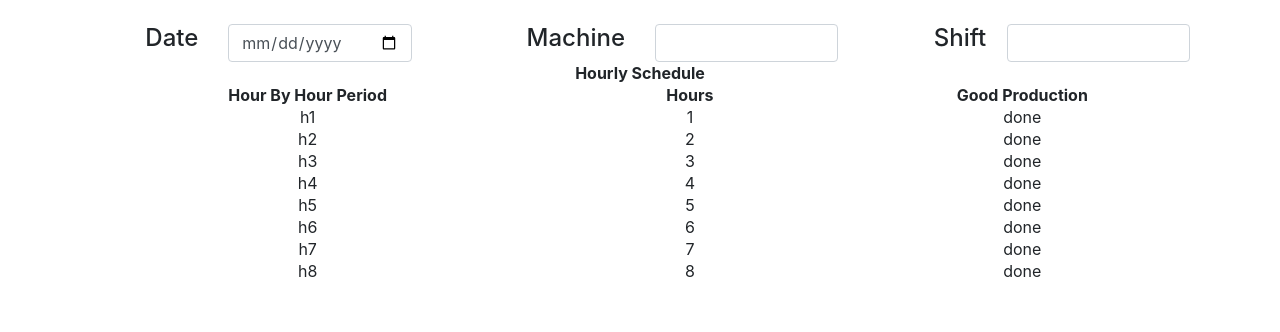
Repository: hisamit97/TVS-Locas
Page: index.html
An editor plug-in stored every save of this project. The page is shown before and after the next save, followed by the edit.
The browser window is 1280 px wide. The pictures show the whole page.

Above is the page before, as saved 2020-11-30 18:48:30.

After the next save:
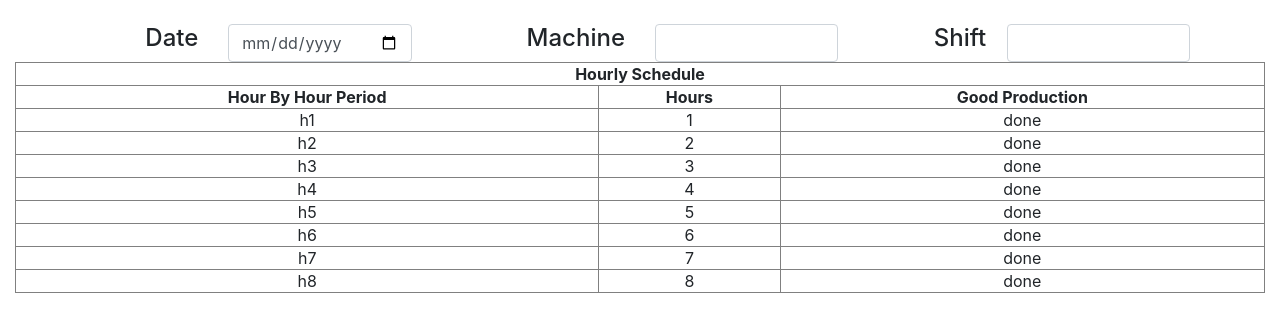
Saved 20 s later.
--- a/index.html
+++ b/index.html
@@ -38,7 +38,7 @@
         </div>
         <div class="row">
             <div class="col-md-12">
-                <table width="100%">
+                <table width="100%" border="1">
                    <tr style="text-align: center;">
                        <th colspan="3">Hourly Schedule</th>
                    </tr>
